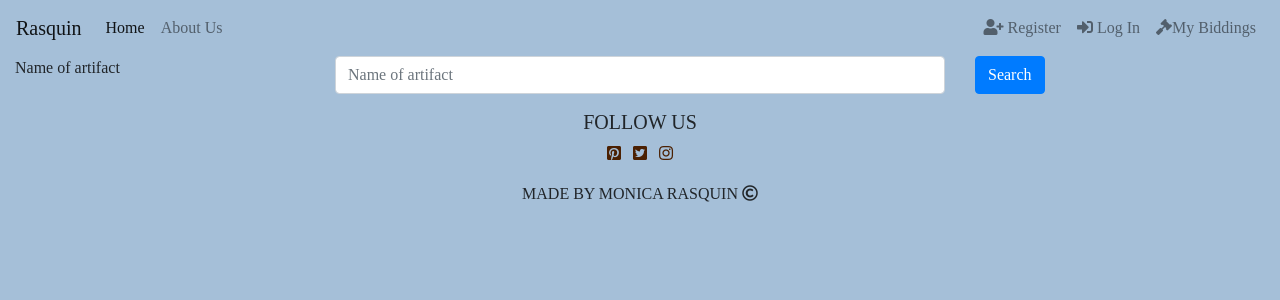
Repository: Rasquin/auction
Page: templates/base.html
The author's editor kept a record of every edit. The page is drawn from the files as they stood at one moment, then again after the next edit.
The browser window is 1280 px wide. The pictures show the whole page.
The template is drawn by Django 2.2. The application's start-up code is not run. Other server files are loaded and not shown. The template is opened directly, without the code that normally fills it, so the values that code supplies are empty.

Above is the page before.

### templates/base.html
<!DOCTYPE html>

{% load staticfiles %}

<html lang="en">

<head>
    <meta charset="UTF-8">
    <meta name="viewport" content="width=device-width, initial-scale=1.0">
    <meta http-equiv="X-UA-Compatible" content="ie=edge">

    <!-- Bootstrap compiled and minified CSS -->
    <link rel="stylesheet" href="https://stackpath.bootstrapcdn.com/bootstrap/4.3.1/css/bootstrap.min.css" integrity="sha384-ggOyR0iXCbMQv3Xipma34MD+dH/1fQ784/j6cY/iJTQUOhcWr7x9JvoRxT2MZw1T" crossorigin="anonymous">

    <!-- Font Awesome compiled and minified CSS -->
    <link rel="stylesheet" href="{% static 'font-awesome/css/all.css' %}">

    <!-- Own CSS -->
    <link rel="stylesheet" href="{% static 'css/mystyle.css' %}" type="text/css" />


    {% block head_js %}
    {% endblock head_js %}

    <title>Monica's Auction</title>
</head>


<body>
    <!-- NavBar area -  Fixed masthead -->
    <nav class="navbar navbar-expand-lg navbar-light bg-light">
        <a class="navbar-brand" href="#">Rasquin</a>
        <button class="navbar-toggler" type="button" data-toggle="collapse" data-target="#navbarSupportedContent" aria-controls="navbarSupportedContent" aria-expanded="false" aria-label="Toggle navigation">
            <span class="navbar-toggler-icon"></span>
        </button>

        <div class="collapse navbar-collapse" id="navbarSupportedContent">
            <ul class="navbar-nav mr-auto">
                <li class="nav-item active">
                    <a class="nav-link" href="{% url 'index' %}">Home <span class="sr-only">(current)</span></a>
                </li>
                <li class="nav-item">
                    <a class="nav-link" href="#">About Us</a>
                </li>
            </ul>
            <ul class="navbar-nav navbar-right">
                    {% if user.is_authenticated %}
                        <li class="nav-item">
                            <a class="nav-link" href="{% url 'profile' %}"><i class="fa fa-user"></i> Profile</a>
                        </li>
                        <li class="nav-item">
                            <a class="nav-link" href="{% url 'logout' %}"><i class="fa fa-sign-out-alt"></i> Log Out</a>
                        </li>
                    {%  else %}
                        <li class="nav-item">
                            <a class="nav-link" href="{% url 'register' %}"><i class="fa fa-user-plus"></i> Register</a>
                        </li>
                        <li class="nav-item">
                            <a class="nav-link" href="{% url 'login' %}"><i class="fa fa-sign-in-alt"></i> Log In</a>
                        </li>
                    {% endif %}
                        <li class="nav-item">
                            <a class="nav-link" href="{% url 'view_my_biddings' %}">
                                <i class="fas fa-gavel"></i>My Biddings
                                {% if product_count > 0 %}
                                <label class="badge badge-warning">{{ product_count }}</label>
                                {% endif %}
                            </a>
                        </li>

                </ul>
        </div>
    </nav>

    <!-- Messages area -->
    {% if messages %}
        <div class="alert alert-success">
            <div class="messages">
                {% for message in messages %}
                    {{ message }}
                {% endfor %}
            </div>
        </div>
    {% endif %}

    <!-- Search area -->
    <div class="container-fluid">
        <div class="row display">

            <form action="{% url 'search_by_name' %}" method="get" class="col-12">
                {% csrf_token %}
                <div class="form-group">
                    <div class="row">
                        <div class="col-12 col-md-12 col-lg-3">
                            <label for="search_by_name" > Name of artifact </label>
                        </div>
                        <div class="col-12 col-md-9 col-lg-6">
                            <input type="text" class="form-control" id="artifact_name" name="artifact_name" required placeholder="Name of artifact">
                        </div>
                        <div class="col-1">
                            <button class="btn btn-primary" type="search">Search</button>
                        </div>
                    </div>
                </div>
            </form>

        </div>
    </div>

        <!-- Block content area -->
    <div class="container-fluid">
        {% block content %} {% endblock %}
    </div>

    <!-- Footer area -->
    <footer class="container-fluid">


        <!-- SOCIAL MEDIA-->
        <div class="row ">
            <div class="col-12 text-center">
                <h5 class="text-uppercase">Follow Us</h5>
                <ul class="list-inline social-links">
                    <li class="list-inline-item"><a href="#"><i class="fab fa-pinterest-square"  aria-hidden="true"></i></a></li>
                    <li class="list-inline-item"><a href="#"><i class="fab fa-twitter-square" aria-hidden="true"></i></a></li>
                    <li class="list-inline-item"><a href="#"><i class="fab fa-instagram" aria-hidden="true"></i></a></li>
                </ul>
            </div>
        </div>

        <!--COPYRIGHT-->
        <div class="row ">
            <div class="col-12">

                <p class="text-center text-uppercase">Made by Monica Rasquin <i class="far fa-copyright"></i> </p>
            </div>
        </div>
    </footer>

    <!-- Bootstrap compiled and minified JavaScript -->
    <script src="https://code.jquery.com/jquery-3.3.1.slim.min.js" integrity="sha384-q8i/X+965DzO0rT7abK41JStQIAqVgRVzpbzo5smXKp4YfRvH+8abtTE1Pi6jizo" crossorigin="anonymous"></script>
    <script src="https://cdnjs.cloudflare.com/ajax/libs/popper.js/1.14.7/umd/popper.min.js" integrity="sha384-UO2eT0CpHqdSJQ6hJty5KVphtPhzWj9WO1clHTMGa3JDZwrnQq4sF86dIHNDz0W1" crossorigin="anonymous"></script>
    <script src="https://stackpath.bootstrapcdn.com/bootstrap/4.3.1/js/bootstrap.min.js" integrity="sha384-JjSmVgyd0p3pXB1rRibZUAYoIIy6OrQ6VrjIEaFf/nJGzIxFDsf4x0xIM+B07jRM" crossorigin="anonymous"></script>

</body>
</html>

Loaded but not shown: static/font-awesome/css/all.css (library); static/css/mystyle.css (common file)

After the next edit:
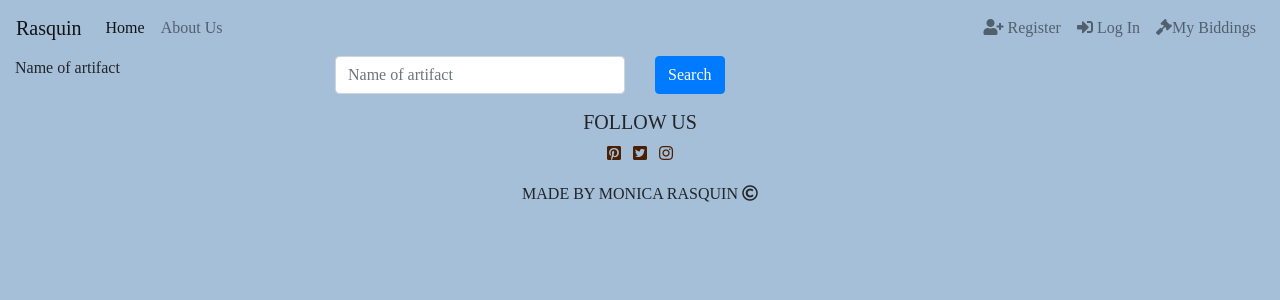
The edit:
--- a/templates/base.html
+++ b/templates/base.html
@@ -94,7 +94,7 @@
                         <div class="col-12 col-md-12 col-lg-3">
                             <label for="search_by_name" > Name of artifact </label>
                         </div>
-                        <div class="col-12 col-md-9 col-lg-6">
+                        <div class="col-8 col-md-6 col-lg-3">
                             <input type="text" class="form-control" id="artifact_name" name="artifact_name" required placeholder="Name of artifact">
                         </div>
                         <div class="col-1">
